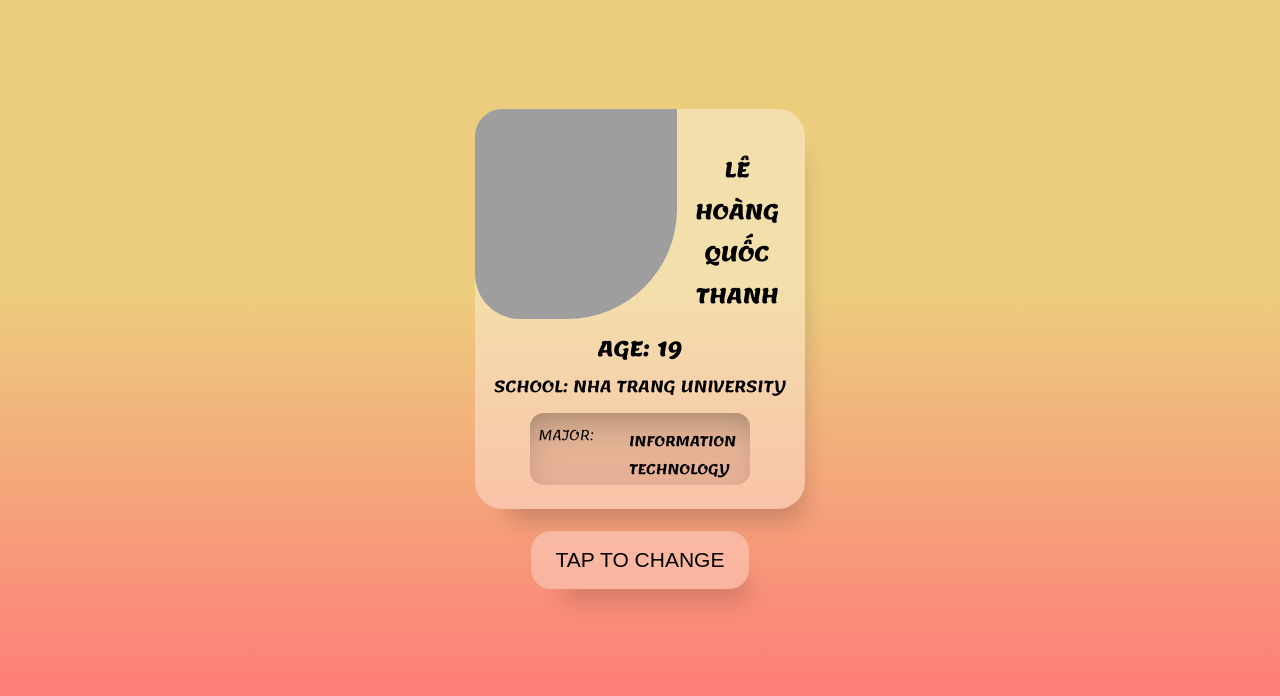
Repository: ThanhThn/profile
Page: index.html
The author's editor kept a copy of each file at every save. The page is drawn from the files as they stood at one save, then again after a run of saves.
The browser window is 1280 px wide. The pictures show the whole page.
Pictures or frames that could not be fetched are drawn as grey boxes. Some web fonts or font styles are not loaded; a fallback is used.

Above is the page before, as saved 2022-12-05 20:28:38.

### index.html
<!DOCTYPE html>
<html lang="en">
<head>
    <meta charset="UTF-8">
    <meta http-equiv="X-UA-Compatible" content="IE=edge">
    <meta name="viewport" content="width=device-width, initial-scale=1.0">
    <title>Document</title>
    <link rel="stylesheet" href="style.css">
</head>
<body>
    <div class="container">
        <div class="content">
            <img src="avata.jpg" alt="avatar">
            <span class="name">LÊ hoàng quốc thanh</span>
            <span class="age" ></span>
            <span id="school">school: nha trang university</span>
            <div class="major">
                <span id = "major">Major:</span>
                <span id = "major--name">information technology</span>
            </div>
        </div>
        <button class="btn">tap to change</button>
    </div>

    <script>
        var ages = new Date().getFullYear() - 2003;
        var text = document.getElementsByClassName("age");
        for(let i = 0; i < text.length; i++){
            text[i].innerHTML = `age: ${ages}`;
        }
    </script>
</body>
</html>

### style.css
@import url('https://fonts.googleapis.com/css2?family=Kodchasan:wght@700&family=Lemonada:wght@300;600;700&family=Pacifico&display=swap');
*{
    padding: 0;
    margin: 0;
    box-sizing: border-box;
}

body{
    background:  linear-gradient( to bottom, rgba(223, 172,39,60%) 40%, rgba(255,22,22,58%) 100% );
    width: 100%;
    height: 100vh;
}
.container{
    position: absolute;
    top: 50%;
    left: 50%;
    transform: translate(-50%, -50%);
    display: flex;
    flex-direction: column;
    align-items: center;
}

.content{
    width: 330px;
    height: 400px;
    background: rgba(255, 255, 255, 35%);
    border-radius: 27px;
    box-shadow: rgba(0, 0, 0, .2) 15px 28px 25px -18px;
}

.content img{
    width: 202px;
    height: 210px;
    border-radius: 27px 0 110px 45px;
    object-fit: cover;
    object-position: -32px 0;
}
span{
    width: 104px;
    font-size: 21px;
    text-transform: uppercase;
    font-weight: 700;
    font-family: 'Lemonada', cursive;
}
.content .name{
    position: absolute;
    text-align: center;
    top: 40px;
    left: 210px;
}

.content .age{
    display: block;
    position: relative;
    width: 100%;
    top: 5px;
    text-align: center;
}
#school{
    font-size: 16px;
    font-weight: 600;
    display: block;
    width: 100%;
    text-align: center;
    position: relative;
    top:5px;
}

.major{
    width: 220px;
    height: 72px;
    background-color: rgba(126, 48, 40, .15);
    border-radius: 14px;
    box-shadow: 3px 20px 39px -19px rgba(0,0,0,0.35) inset;
    -webkit-box-shadow: 3px 20px 39px -19px rgba(0,0,0,0.35) inset;
    -moz-box-shadow: 3px 20px 39px -19px rgba(0,0,0,0.35) inset;
    margin: 16px auto 0 auto;
    padding: 8px;
    position: relative;
}

.major #major{
    font-weight: 300;
    font-size: 14px;
}

.major #major--name{
    display: block;
    position: absolute;
    top: 20%;
    left: 45%;
    font-weight: 600;
    font-size: 14px;
}
.btn{
    background: rgba(255, 255, 255, .3);
    width: 218px;
    height: 58px;
    border-radius: 20px;
    border: none;
    margin: 22px;
    font-family: 'Kodchasan', sans-serif;
    font-size: 21px;
    text-transform: uppercase;
    box-shadow: rgba(0, 0, 0, .2) 15px 28px 25px -18px;
    background-position: 0 90%;
    background-repeat: repeat no-repeat;

}

.btn:hover {
    box-shadow: rgba(0, 0, 0, .3) 2px 8px 8px -5px;
    transform: translate3d(0, 2px, 0);
}


.btn:focus {
  box-shadow: rgba(0, 0, 0, .3) 2px 8px 4px -6px;
}

After the next 3 saves:
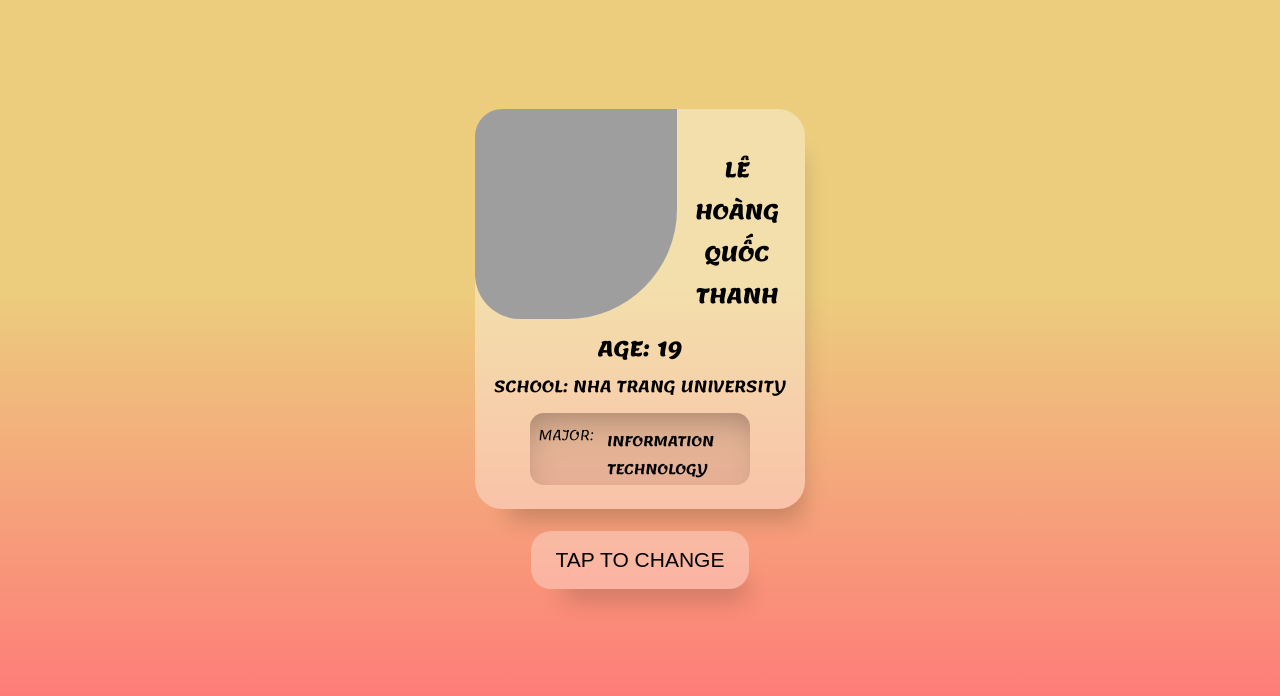
The 3 saves are shown as one change because they came seconds apart.
The last was saved 27 s later.
--- a/style.css
+++ b/style.css
@@ -88,7 +88,7 @@ span{
     display: block;
     position: absolute;
     top: 20%;
-    left: 45%;
+    left: 35%;
     font-weight: 600;
     font-size: 14px;
 }
